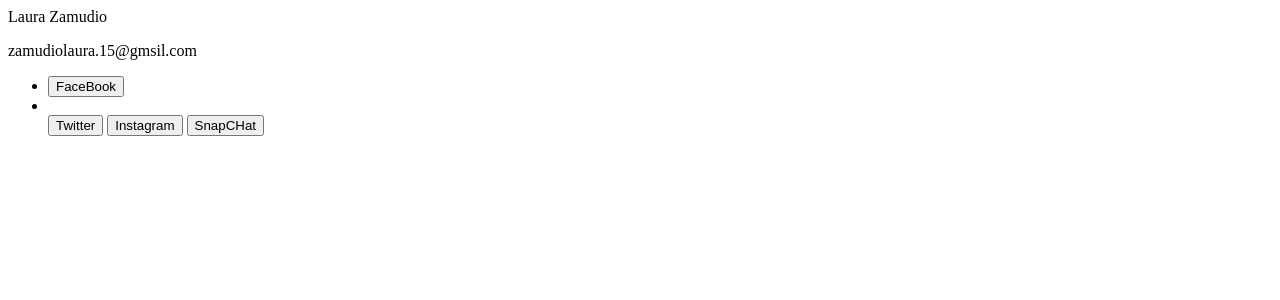
Repository: ZamlZam/LINK.
Page: index.html
An editor plug-in stored every save of this project. The page is shown before and after a run of saves, followed by the edit.
The browser window is 1280 px wide. The pictures show the whole page.

Above is the page before, as saved 2023-04-16 15:33:41.

### index.html
<!DOCTYPE html>
<html lang="en">
<head>
  <meta charset="UTF-8">
  <meta http-equiv="X-UA-Compatible" content="IE=edge">
  <meta name="viewport" content="width=device-width, initial-scale=1.0">
  <title>Link in bio</title>
</head>
<body>
  <hi> Laura Zamudio</hi>
  <p>zamudiolaura.15@gmsil.com</p>
  <ul class="links">
 <div class="d-grid gap-2 col-6 mx-auto">
  <li><button class="btn btn-primary" type="button">FaceBook</button></li>
 <li></li> <button class="btn btn-primary" type="button">Twitter</button></li>
  <button class="btn btn-primary" type="button">Instagram</button>
  <button class="btn btn-primary" type="button">SnapCHat</button>
</div>
</ul>
</div>
</body>
</html>

After the next 3 saves:
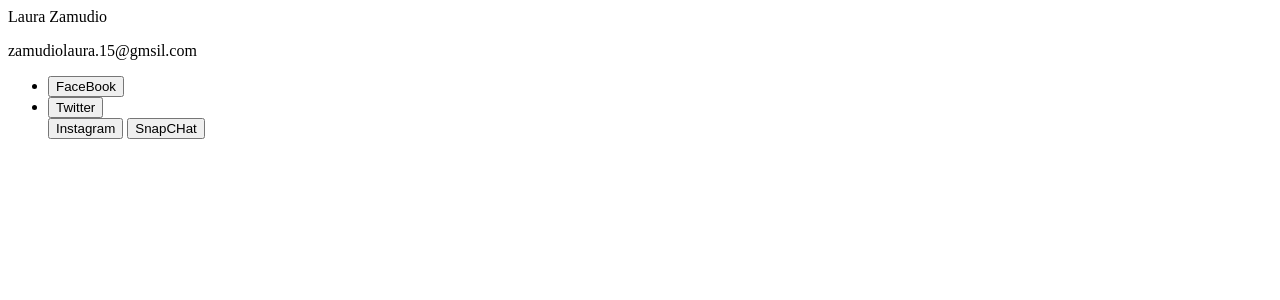
The 3 saves are shown as one change because they came seconds apart.
The last was saved 11 s later.
--- a/index.html
+++ b/index.html
@@ -12,7 +12,7 @@
   <ul class="links">
  <div class="d-grid gap-2 col-6 mx-auto">
   <li><button class="btn btn-primary" type="button">FaceBook</button></li>
- <li></li> <button class="btn btn-primary" type="button">Twitter</button></li>
+ <li> <button class="btn btn-primary" type="button">Twitter</button></li>
   <button class="btn btn-primary" type="button">Instagram</button>
   <button class="btn btn-primary" type="button">SnapCHat</button>
 </div>
